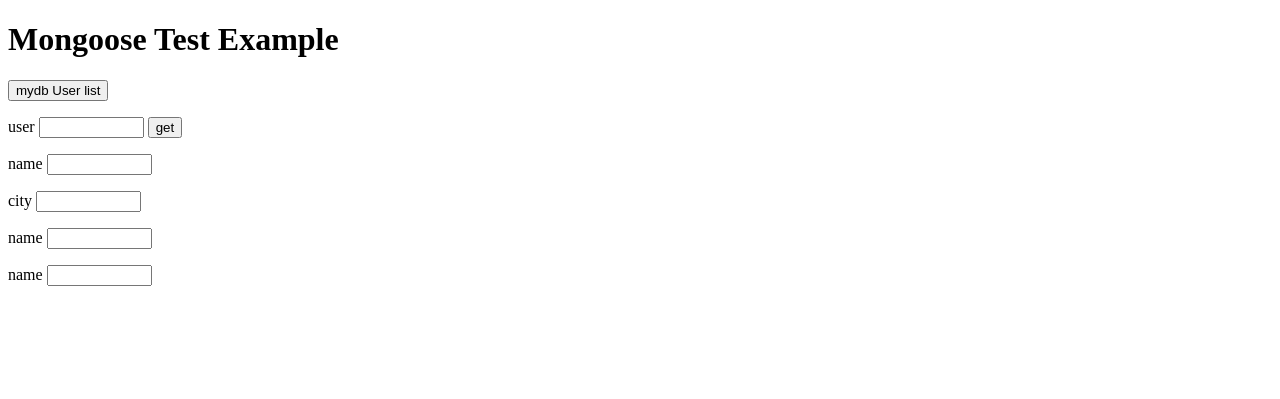
Repository: pys5205/anew
Page: node/mongos/views/index.html
The author's editor kept a record of every edit. The page is drawn from the files as they stood at one moment, then again after the next edit.
The browser window is 1280 px wide. The pictures show the whole page.

Above is the page before.

After the next edit:
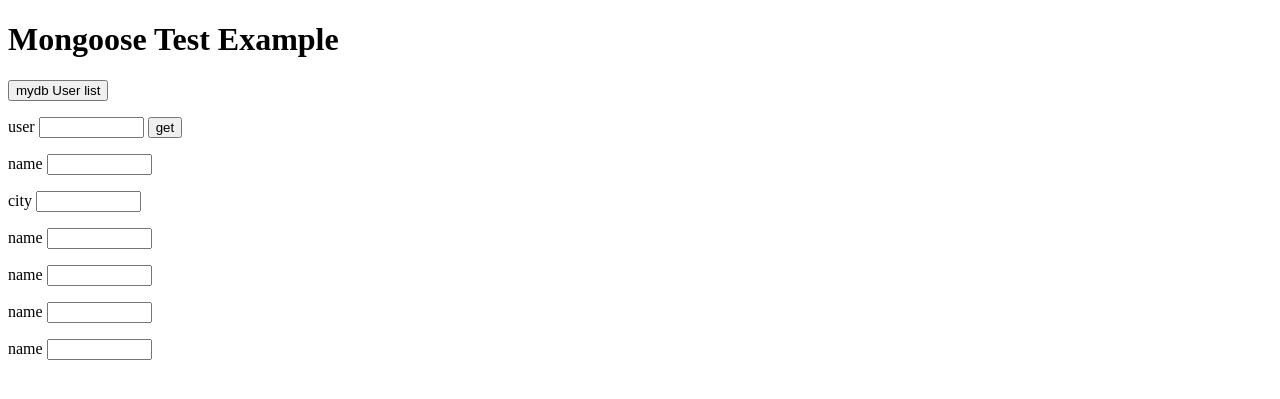
The edit:
--- a/node/mongos/views/index.html
+++ b/node/mongos/views/index.html
@@ -14,6 +14,8 @@
             city <input type='text' size='10' name='city'><p>
             name <input type='text' size='10' name='name'><p>
             name <input type='text' size='10' name='name'><p>
+            name <input type='text' size='10' name='name'><p>
+            name <input type='text' size='10' name='name'><p>
 
 
         </form>
